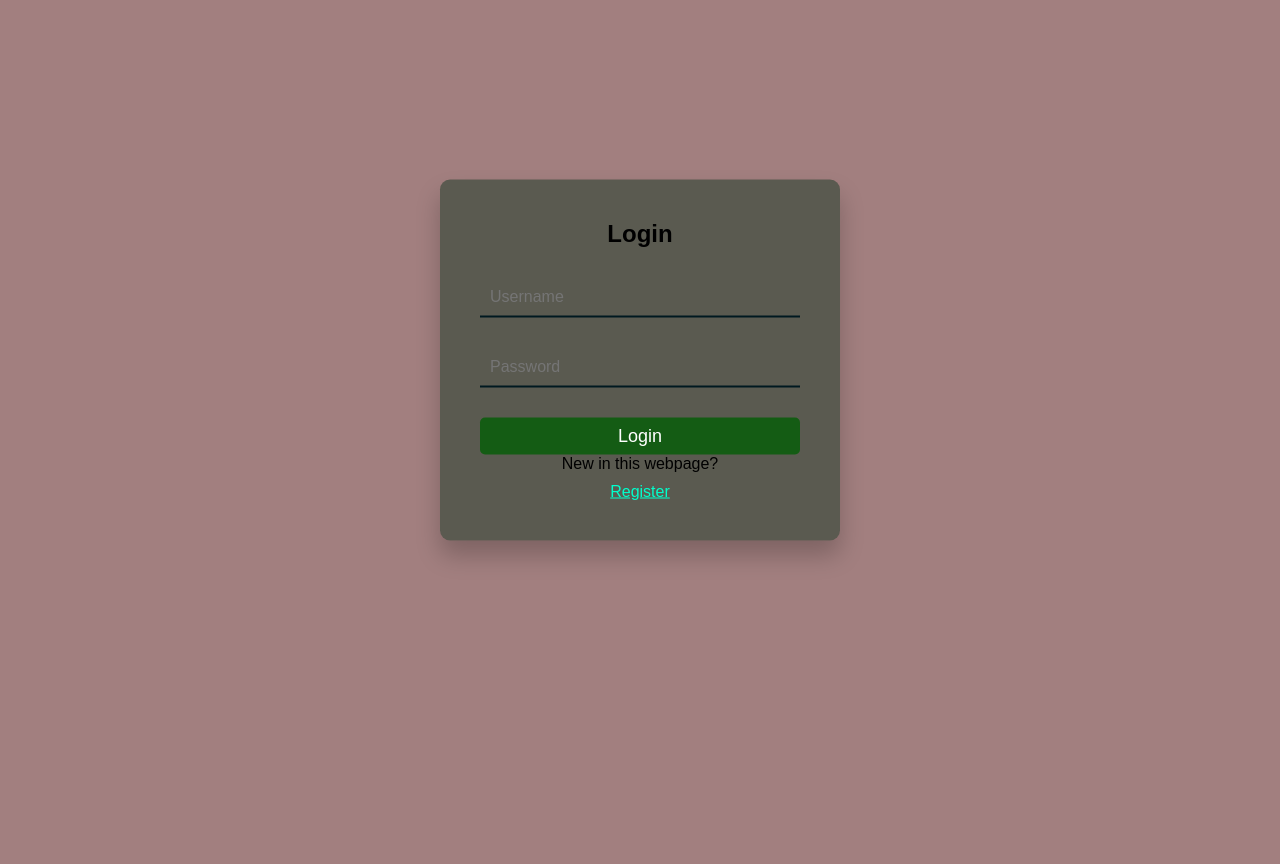
Repository: SRBshakib/Safe-Food---DBMS-project
Page: Organaization/login.html
The author's editor kept a copy of each file at every save. The page is drawn from the files as they stood at one save, then again after the next save.
The browser window is 1280 px wide. The pictures show the whole page.

Above is the page before, as saved 2024-11-10 22:11:14.

### Organaization/login.html
<!DOCTYPE html>
<html lang="en">
<head>
    <meta charset="UTF-8">
    <meta name="viewport" content="width=device-width, initial-scale=1.0">
    <title>Welcome to our organization</title>
    <link rel="stylesheet" href="style_login.css"> <!-- Link to the CSS file -->
</head>
<body>
    <div class="login-box">
        <h2>Login</h2>
        <form>
            <div class="textbox">
                <input type="text" placeholder="Username" required>
            </div>
            <div class="textbox">
                <input type="password" placeholder="Password" required>
            </div>
            <button type="submit" class="btn">Login</button>
            <p>New in this webpage?</p>
            <p class="register">Register</p>
        </form>
    </div>
</body>
</html>

### Organaization/style_login.css

*{

    margin: 0;
    padding: 0;
    box-sizing: border-box;
    font-family: Arial, sans-serif;
}

body {
    display: flex;
    justify-content: center;
    align-items: center;
    height: 120vh;
    background-color: #46000080;
    color: rgb(0, 0, 0);
}

.login-box {
    position: absolute;
    top: 50%;
    left: 50%;
    width: 400px;
    padding: 40px;
    transform: translate(-50%, -50%);
    background: rgba(0, 44, 22, 0.445);
    box-shadow: 0 15px 25px rgba(0, 0, 0, 0.219);
    border-radius: 10px;
    text-align: center;
}

.login-box h2 {
    margin-bottom: 30px;
}

.textbox {
    position: relative;
    margin-bottom: 30px;
    border-bottom: 2px solid #001920;
}

.textbox input {
    width: 100%;
    padding: 10px;
    font-size: 16px;
    background: none;
    border: none;
    outline: none;
    color: #ffffff;
}

.btn {
    display: inline-block;
    width: 100%;
    padding: 8px;
    background: #005e03c5;
    border: none;
    outline: none;
    color: #fff;
    font-size: 18px;
    cursor: pointer;
    border-radius: 5px;
    transition: background 0.3s, box-shadow 0.3s;
}

.btn:hover {
    background: #00b3c0;
    box-shadow: 0 0 10px #00b3c0, 0 0 20px #00b3c0, 0 0 30px #00b3c0;
}

.register {
    color: #00ffcc;
    cursor: pointer;
    margin-top: 10px;
    text-decoration: underline;
}

After the next save:
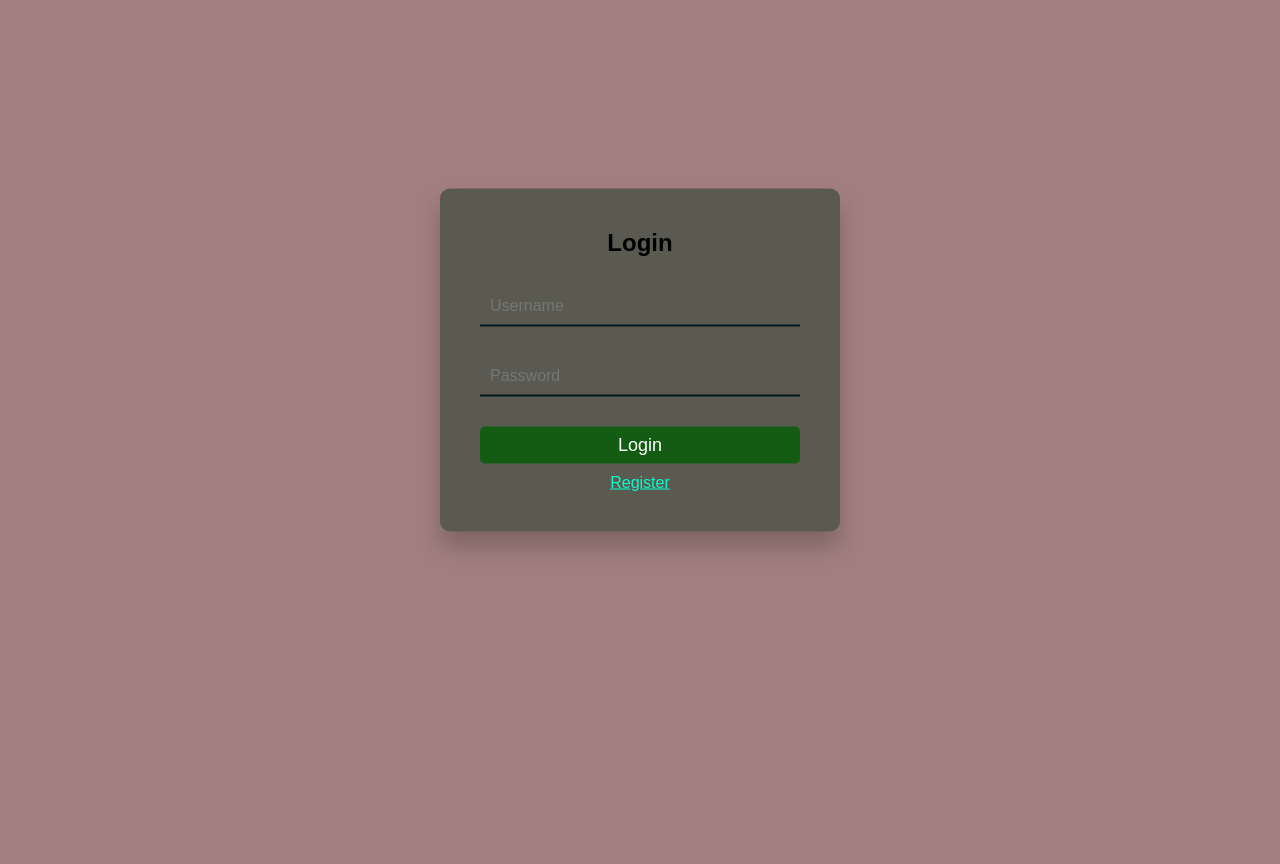
Saved 15 s later.
--- a/Organaization/login.html
+++ b/Organaization/login.html
@@ -17,7 +17,6 @@
                 <input type="password" placeholder="Password" required>
             </div>
             <button type="submit" class="btn">Login</button>
-            <p>New in this webpage?</p>
             <p class="register">Register</p>
         </form>
     </div>
